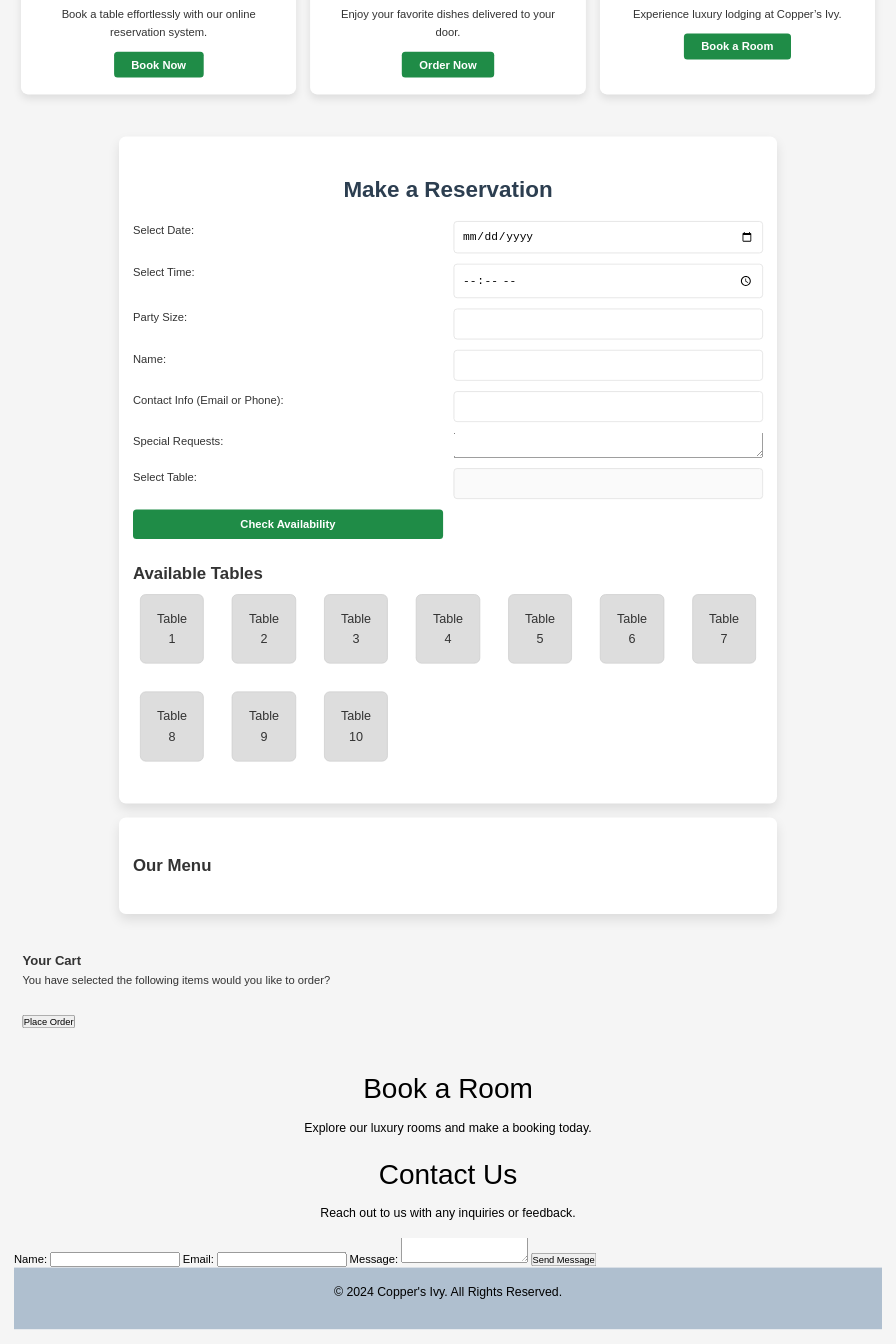
Repository: malingubarnice/Online-Reservation-System
Page: index.html
The author's editor kept a copy of each file at every save. The page is drawn from the files as they stood at one save, then again after the next save.
The browser window is 1280 px wide. The pictures show the part of the page from y = 647 to 2567 px (the page is 2567 px tall), at 70% of full size.

Above is the page before, as saved 2025-01-07 16:01:38.

### index.html
<!DOCTYPE html>
<html lang="en">
<head>
  <meta charset="UTF-8">
  <meta name="viewport" content="width=device-width, initial-scale=1.0">
  <title>Copper's Ivy Integrated Suite</title>
  <link rel="stylesheet" href="styles.css">
</head>



<body>
  <!-- Navigation Bar -->
  <header>
    <div class="logo">
      <img src="assets/logo.jpg" alt="Copper Ivy Logo">
    </div>
    <nav class="navbar">
      <ul>
        <li><a href="#home">Home</a></li>
        <li><a href="#reservations">Reservations</a></li>
        <li><a href="#menu">Menu</a></li>
        <li><a href="#rooms">Rooms</a></li>
        <li><a href="#cart">Cart</a></li>
        <li><a href="#contact">Contact Us</a></li>
      </ul>
    </nav>
  </header>




  <!-- Hero Section -->
  <section id="home" class="hero">
    <h1>Welcome to Copper's Ivy</h1>
    <p>Experience fine dining and lodging.</p>
    <a href="#reservations" class="btn">Make a Reservation</a>
  </section>

  <!-- Features Section -->
  <section class="features">
    <div class="feature">
      <h2>Reserve Your Table</h2>
      <p>Book a table effortlessly with our online reservation system.</p>
      <a href="#reservations" class="btn">Book Now</a>
    </div>
    <div class="feature">
      <h2>Order Online</h2>
      <p>Enjoy your favorite dishes delivered to your door.</p>
      <a href="#menu" class="btn">Order Now</a>
    </div>
    <div class="feature">
      <h2>Book a Room</h2>
      <p>Experience luxury lodging at Copper’s Ivy.</p>
      <a href="#rooms" class="btn">Book a Room</a>
    </div>
  </section>




  <!-- Reservations Section -->
<section id="reservations">
    <h1>Make a Reservation</h1>
    <div class="reservation-form">
        <label for="date">Select Date:</label>
        <input type="date" id="date" required>

        <label for="time">Select Time:</label>
        <input type="time" id="time" required>

        <label for="party-size">Party Size:</label>
        <input type="number" id="party-size" min="1" max="20" required>

        <!-- New fields for contact info and special requests -->
        <label for="customer-name">Name:</label>
        <input type="text" id="customer-name" required>

        <label for="contact-info">Contact Info (Email or Phone):</label>
        <input type="text" id="contact-info" required>

        <label for="special-requests">Special Requests:</label>
        <textarea id="special-requests"></textarea>

        <!-- New field to show selected table -->
        <label for="selected-table">Select Table:</label>
        <input type="text" id="selected-table" disabled> <!-- Hidden field to store the selected table -->

        <button class="reserve-btn">Check Availability</button>
    </div>

    <!-- Table Layout Section -->
    <div class="table-layout">
        <h2>Available Tables</h2>
        <div class="tables">
            <!-- Table icons dynamically loaded -->
        </div>
    </div>
</section>


  <!-- Menu Section -->
  <section id="menu">
    <h1>Our Menu</h1>
    <div class="menu-items">
      <!-- Menu items dynamically loaded -->
    </div>
  </section>

    <!-- Order Section -->
    <section id="order-online">
        <!-- Menu Items -->
        <div class="menu-items">
            <!-- Menu items dynamically loaded from the backend -->
        </div>


  <!-- Cart Section -->
    <section id="cart">
      <h1>Your Cart</h1>
      <p>You have selected the following items would you like to order?</p>
      <div class="cart-items">
        <!-- Cart items dynamically loaded -->
      </div>
  </section>
        <!-- Order Form -->
        <div class="order-form">
            <div class="order-list">
                <!-- Dynamically added ordered items will appear here -->
            </div>
            <button class="place-order-btn">Place Order</button>
        </div>
    </section>








<!-- Rooms Section -->
<section id="rooms">
  <h1>Book a Room</h1>
  <p>Explore our luxury rooms and make a booking today.</p>

  <div class="room-list">
    <!-- Room cards dynamically loaded -->
  </div>

  <!--A Booking Form-->
<!-- Booking form (initially hidden) -->
<div class="booking-form" style="display: none;">
  <form id="room-booking-form">
      <input type="hidden" id="room_id" name="room_id">  <!-- Hidden input for room ID -->
      <label for="room-selection">Room</label>
      <input type="text" id="room-selection" name="room_name" readonly>

      <label for="check-in-date">Check-in Date</label>
      <input type="date" id="check-in-date" name="check_in_date" required>

      <label for="check-out-date">Check-out Date</label>
      <input type="date" id="check-out-date" name="check_out_date" required>

      <label for="guest-count">Number of Guests</label>
      <input type="number" id="guest-count" name="guest_count" min="1" required>

      <label for="contact-info">Contact Information</label>
      <input type="text" id="contact-info" name="contact-info" placeholder="Enter your contact info" required>


      <p id="price"></p>

      <button type="submit">Book Room</button>
  </form>
</div>





  <!-- Contact Section -->
  <section id="contact">
    <h1>Contact Us</h1>
    <p>Reach out to us with any inquiries or feedback.</p>
    <form class="contact-form">
      <label for="name">Name:</label>
      <input type="text" id="name" required>

      <label for="email">Email:</label>
      <input type="email" id="email" required>

      <label for="message">Message:</label>
      <textarea id="message" required></textarea>

      <button type="submit" class="btn">Send Message</button>
    </form>
  </section>

  <!-- Footer -->
  <footer>
    <p>&copy; 2024 Copper's Ivy. All Rights Reserved.</p>
  </footer>


  <script src="https://cdn.botpress.cloud/webchat/v2.2/inject.js"></script>
  <script src="https://files.bpcontent.cloud/2024/12/05/06/20241205062412-612LYK8G.js"></script>


  <script src="script.js"></script>
</body>
</html>

### styles.css
/* General Reset */
body, h1, h2, p, ul, li, a, button {
    margin: 0;
    padding: 0;
    box-sizing: border-box;
}

/* Body and Layout */
body {
    font-family: 'Arial', sans-serif;
    line-height: 1.6;
    background-color: #f5f5f5;
    color: #333;
}

/* Header */
header {
    display: flex;
    justify-content: space-between;
    align-items: center;
    padding: 20px;
    background: white;
    color: #fff;
    border-bottom: 2px solid #c4ccd4;
    border-radius: 26px;
    border-style: none;
}

header .logo img {
    height: 100px;
    border-radius: 50px;
}

header nav ul {
    display: flex;
    list-style: none;
}

header nav ul li {
    margin-left: 25px;
}

header nav ul li a {
    color: rgb(10, 10, 10);
    text-decoration: none;
    font-size: 25px;
    font-weight: 500;
    transition: color 0.3s;
}

header nav ul li a:hover {
    color: #eb2630;
}

/* Hero Section */
.hero {
    background: url('assets/cookingbackground.jpg') no-repeat center center/cover;
    text-align: center;
    padding: 100px 20px;
    color: #fff;
    font-size: 28px;
}

.hero h1 {
    font-size: 36px;
    margin-bottom: 15px;
}

.hero p {
    font-size: 20px;
    margin-bottom: 20px;
}

.hero .btn {
    padding: 12px 30px;
    background-color: #1f8c47;
    color: #fff;
    text-decoration: none;
    font-weight: bold;
    border-radius: 5px;
    transition: background-color 0.3s;
}

.hero .btn:hover {
    background-color: #07e262;
}

/* Features Section */
.features {
    display: flex;
    justify-content: space-around;
    margin: 50px 20px;
}

.feature {
    background-color: #fff;
    border-radius: 10px;
    box-shadow: 0 6px 12px rgba(0, 0, 0, 0.1);
    padding: 30px;
    text-align: center;
    flex: 1;
    margin: 10px;
}

.feature h2 {
    font-size: 24px;
    margin-bottom: 10px;
}

.feature p {
    font-size: 16px;
    margin-bottom: 20px;
}

.feature .btn {
    background-color: #1f8c47;
    color: #fff;
    text-decoration: none;
    padding: 10px 25px;
    font-weight: bold;
    border-radius: 5px;
    transition: background-color 0.3s;
}

.feature .btn:hover {
    background-color: #10ce5f;
}

/* Reservations Section */
#reservations {
    padding: 50px 20px;
    background: #fff;
    margin: 20px auto;
    max-width: 900px;
    box-shadow: 0 8px 16px rgba(0, 0, 0, 0.1);
    border-radius: 10px;
}

#reservations h1 {
    font-size: 32px;
    margin-bottom: 20px;
    text-align: center;
    color: #2c3e50;
}

.reservation-form {
    display: grid;
    grid-template-columns: 1fr 1fr;
    gap: 15px;
    margin-bottom: 30px;
}

.reservation-form label {
    font-size: 16px;
    color: #333;
}

.reservation-form input, .reserve-btn {
    padding: 12px;
    border: 1px solid #ddd;
    border-radius: 5px;
    font-size: 16px;
    transition: border-color 0.3s;
}

.reservation-form input:focus {
    border-color: #27ae60;
}

.reserve-btn {
    background-color: #1f8c47;
    color: #fff;
    font-weight: bold;
    cursor: pointer;
    border: none;
    transition: background-color 0.3s;
}

.reserve-btn:hover {
    background-color: #07e262;
}

/* Table Layout */
.table-layout {
    margin-top: 20px;
}

.tables {
    display: grid;
    grid-template-columns: repeat(auto-fill, minmax(100px, 1fr));
    gap: 20px;
}

.tables .table {
    background-color: #ddd;
    padding: 20px;
    text-align: center;
    font-size: 18px;
    border-radius: 8px;
    cursor: pointer;
    transition: transform 0.3s, background-color 0.3s;
}

.tables .table:hover {
    transform: scale(1.1);
    background-color: #27ae60;
    color: #fff;
}

/* Menu Section */
#menu {
    padding: 50px 20px;
    background: #fff;
    margin: 20px auto;
    max-width: 900px;
    box-shadow: 0 8px 16px rgba(0, 0, 0, 0.1);
    border-radius: 10px;
}

.menu-items {
    display: grid;
    grid-template-columns: repeat(auto-fill, minmax(250px, 1fr));
    gap: 20px;
}

.menu-items .menu-item {
    background: #f4f4f4;
    padding: 20px;
    border-radius: 8px;
    box-shadow: 0 4px 8px rgba(0, 0, 0, 0.1);
    text-align: center;
    transition: transform 0.3s;
}

.menu-items .menu-item:hover {
    transform: scale(1.05);
    box-shadow: 0 8px 16px rgba(0, 0, 0, 0.2);
}

.menu-items img {
    max-width: 100%;
    border-radius: 5px;
}






/* Footer */
footer {
    text-align: center;
    padding: 20px;
    background-color: #afbfcf;
    color: #fff;
}

/* Responsive Design */
@media (max-width: 768px) {
    .features {
        flex-direction: column;
        align-items: center;
    }

    .feature {
        width: 100%;
        margin-bottom: 30px;
    }

    .reservation-form {
        grid-template-columns: 1fr;
    }

    .tables {
        grid-template-columns: 1fr 1fr;
    }

    .menu-items {
        grid-template-columns: 1fr 1fr;
    }
}

@media (max-width: 480px) {
    header {
        flex-direction: column;
        align-items: flex-start;
    }

    header nav ul {
        flex-direction: column;
        gap: 10px;
    }

    .hero h1 {
        font-size: 28px;
    }

    .hero p {
        font-size: 18px;
    }
}

/* Style for available tables */
.table {
    padding: 10px;
    margin: 10px;
    border: 1px solid #ccc;
    cursor: pointer;
    display: inline-block;
}

/* Highlight the selected table */
.table.selected {
    background-color: #4CAF50; /* Green background */
    color: white;
    border: 2px solid #fff;
}

/*stying order online section*/
#order-online {
    padding: 2rem;
}

.menu-item {
    border: 1px solid #ddd;
    margin: 1rem;
    padding: 1rem;
    text-align: center;
}
.order-form {
    margin-top: 2rem;
}
.order-total {
    font-weight: bold;
    margin-top: 1rem;
}


/*styling rooms*/
/* General styling for the Rooms Section */
#rooms {
    font-family: Arial, sans-serif;
    padding: 20px;
    background-color: #f5f5f5;
}

#rooms h1 {
    text-align: center;
    color: #333;
    font-size: 2.5rem;
    margin-bottom: 10px;
}

#rooms p {
    text-align: center;
    font-size: 1.1rem;
    color: #666;
    margin-bottom: 20px;
}

/* Room Listings */
.room-listings {
    display: grid;
    grid-template-columns: repeat(auto-fill, minmax(250px, 1fr));
    gap: 20px;
    margin-bottom: 30px;
}

.room-card {
    background-color: white;
    border-radius: 8px;
    box-shadow: 0 4px 6px rgba(0, 0, 0, 0.1);
    padding: 15px;
    text-align: center;
    transition: transform 0.3s ease-in-out;
}

.room-card:hover {
    transform: translateY(-5px);
}

.room-card img {
    width: 100%;
    height: 180px;
    object-fit: cover;
    border-radius: 8px;
}

.room-card h3 {
    font-size: 1.5rem;
    color: #333;
    margin: 15px 0;
}

.room-card p {
    font-size: 1.1rem;
    color: #777;
}

.room-card .price {
    font-size: 1.2rem;
    font-weight: bold;
    color: #1f8c47;
    margin-top: 10px;
}

.room-card button {
    background-color: #1f8c47;
    color: white;
    padding: 10px 15px;
    font-size: 1rem;
    border: none;
    border-radius: 5px;
    cursor: pointer;
    transition: background-color 0.3s;
}

.room-card button:hover {
    background-color: #07e262;
}

/* Booking Form Styling */
.booking-form {
    background-color: white;
    padding: 20px;
    border-radius: 8px;
    box-shadow: 0 4px 6px rgba(0, 0, 0, 0.1);
    width: 100%;
    max-width: 600px;
    margin: 0 auto;
}

.booking-form h2 {
    text-align: center;
    color: #333;
    font-size: 2rem;
    margin-bottom: 15px;
}

.booking-form form {
    display: flex;
    flex-direction: column;
    gap: 15px;
}

.booking-form label {
    font-size: 1.1rem;
    color: #333;
}

.booking-form select,
.booking-form input {
    padding: 10px;
    font-size: 1rem;
    border: 1px solid #ccc;
    border-radius: 5px;
    width: 100%;
}

.booking-form button {
    background-color: #1f8c47;
    color: white;
    padding: 12px 20px;
    font-size: 1.1rem;
    border: none;
    border-radius: 5px;
    cursor: pointer;
    transition: background-color 0.3s;
}

.booking-form button:hover {
    background-color: #07e262;
}

/* Confirmation Message */
#confirmation-message {
    font-size: 1.2rem;
    color: #333;
    margin-top: 20px;
    text-align: center;
    display: none; /* Hidden initially */
}

#confirmation-message.success {
    color: #4caf50;
}

#confirmation-message.error {
    color: #f44336;
}



/* Container for styling the rooms */
.room-list {
    display: flex;
    flex-wrap: wrap; /* Allows room cards to wrap to the next line when necessary */
    justify-content: center; /* Centers the room cards horizontally */
    gap: 20px; /* Adds space between cards */
    max-width: 80%; /* Makes the container occupy 80% of the page */
    margin: 0 auto; /* Centers the container horizontally */
}

/* Individual room card */
.room-card {
    width: 30%; /* Makes each card take up about 30% of the container's width */
    max-width: 300px; /* Optional: Set a max width for the cards */
    margin: 10px;
    padding: 15px;
    text-align: center;
    box-shadow: 0 4px 8px rgba(0, 0, 0, 0.1);
    background-color: #fff;
    border-radius: 10px;
    box-sizing: border-box;
}

/* Image inside room card */
.room-card img {
    width: 100%; /* Ensures the image stretches across the container */
    height: auto; /* Keeps aspect ratio intact */
    object-fit: contain; /* Ensures the full image is visible */
}

@media (max-width: 768px) {
    .room-card {
        width: 100%; /* Makes room cards stack on smaller screens */
    }
}

/* Target the specific booking room section and make the font weight lighter */
#rooms {
    color: black; /* Keeps the text color black */
    font-weight: lighter; /* Makes the font weight lighter */
}

/* Target the room cards within the booking room section */
#rooms .room-card {
    color: black; /* Ensures room card text is black */
    font-weight: lighter; /* Makes the room card text lighter */
}

/* You can also target specific elements like titles and descriptions, if necessary */
#rooms h1, #rooms p, #rooms .room-name, #rooms .room-description {
    color: black; /* Sets the text to black */
    font-weight: lighter; /* Reduces the font weight */
}

Loaded but not shown: script.js (303 lines, source omitted)

After the next save:
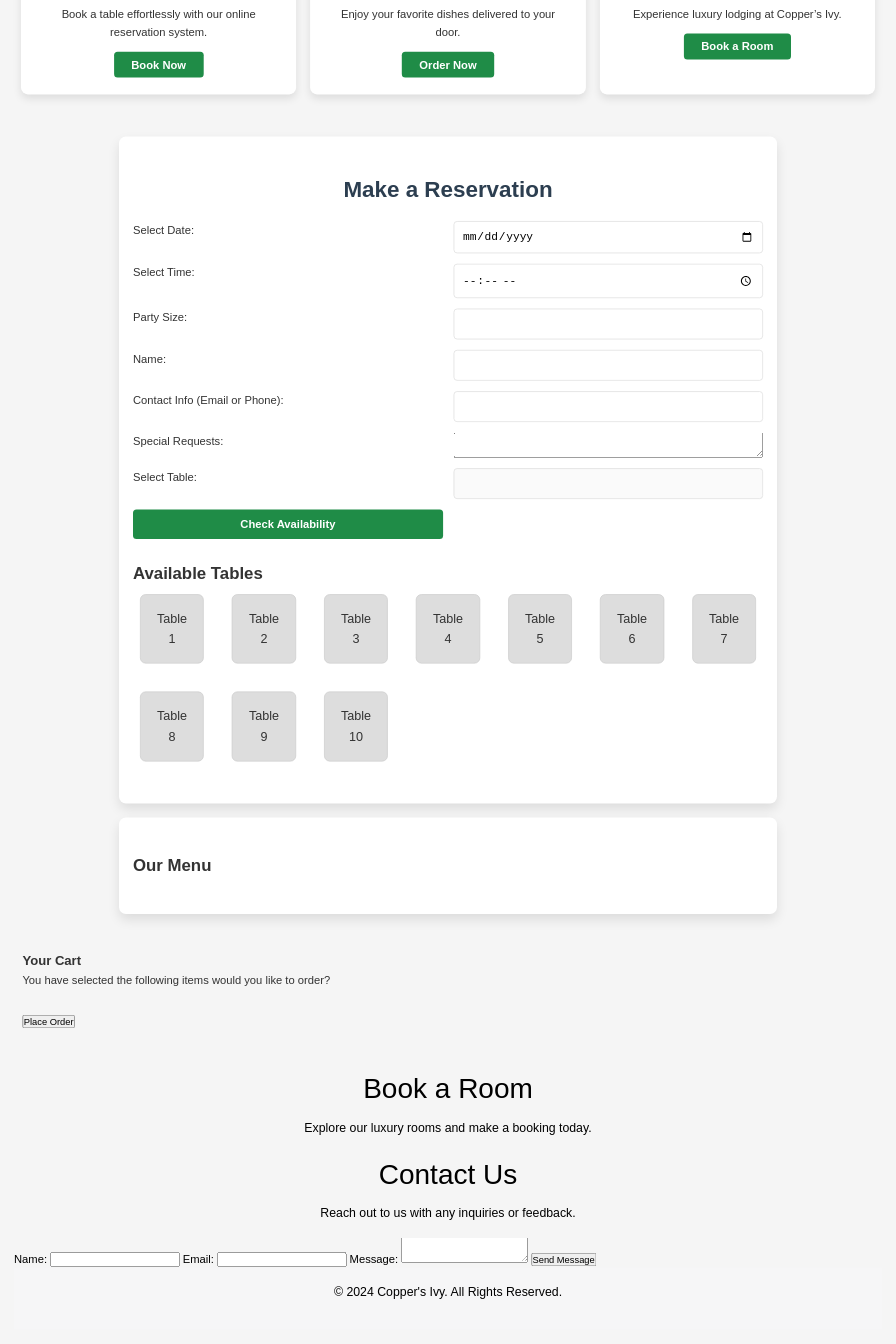
Saved 32 s later.
--- a/styles.css
+++ b/styles.css
@@ -251,7 +251,7 @@ header nav ul li a:hover {
 footer {
     text-align: center;
     padding: 20px;
-    background-color: #afbfcf;
+    background-color: #f6f6f7;
     color: #fff;
 }
 
